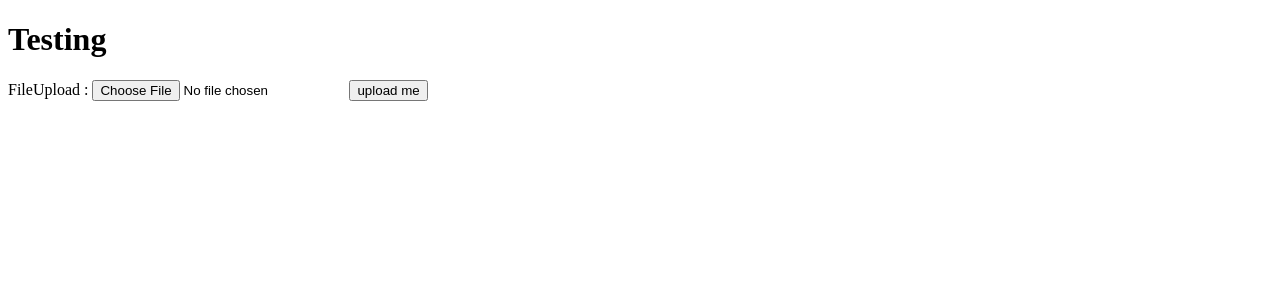
Repository: aygodbole/Coding-Assessment
Page: http://localhost/DocMgmt/resources/views/index.jsp
The author's editor kept a copy of each file at every save. The page is drawn from the files as they stood at one save, then again after the next save.
The browser window is 1280 px wide. The pictures show the whole page.
The page is served by Tomcat 9.

Above is the page before, as saved 2017-12-20 06:15:45.

After the next save:
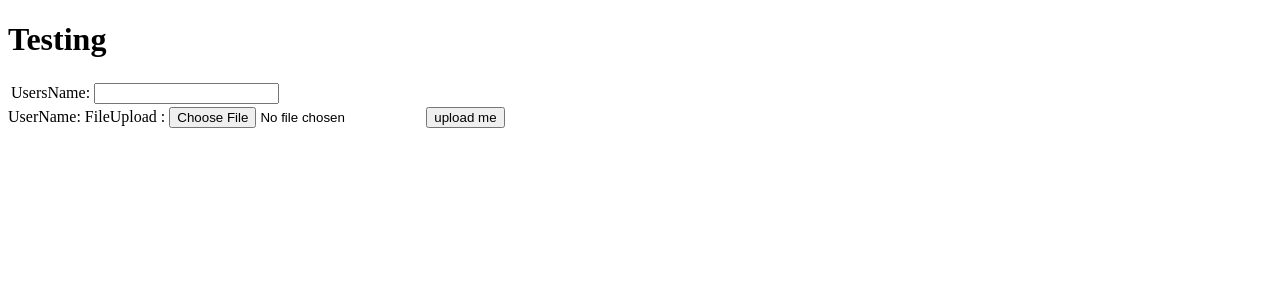
Saved 114 s later.
--- a/DocMgmt/src/main/webapp/resources/views/index.jsp
+++ b/DocMgmt/src/main/webapp/resources/views/index.jsp
@@ -8,7 +8,13 @@
 <body ng-app ="DocManagerApp">
 <div ng-controller = "DocCtrl">
 <h1>{{name}} </h1>
-
+<table>
+<tr>
+<td>UsersName:</td>
+<td><input type= "text" id="fileAttUpload" ng-model="userName"></td>
+</tr>
+</table>
+UserName:
 
 FileUpload :
 <input id="fileAttUpload" type="file" file-model = "myFile">
